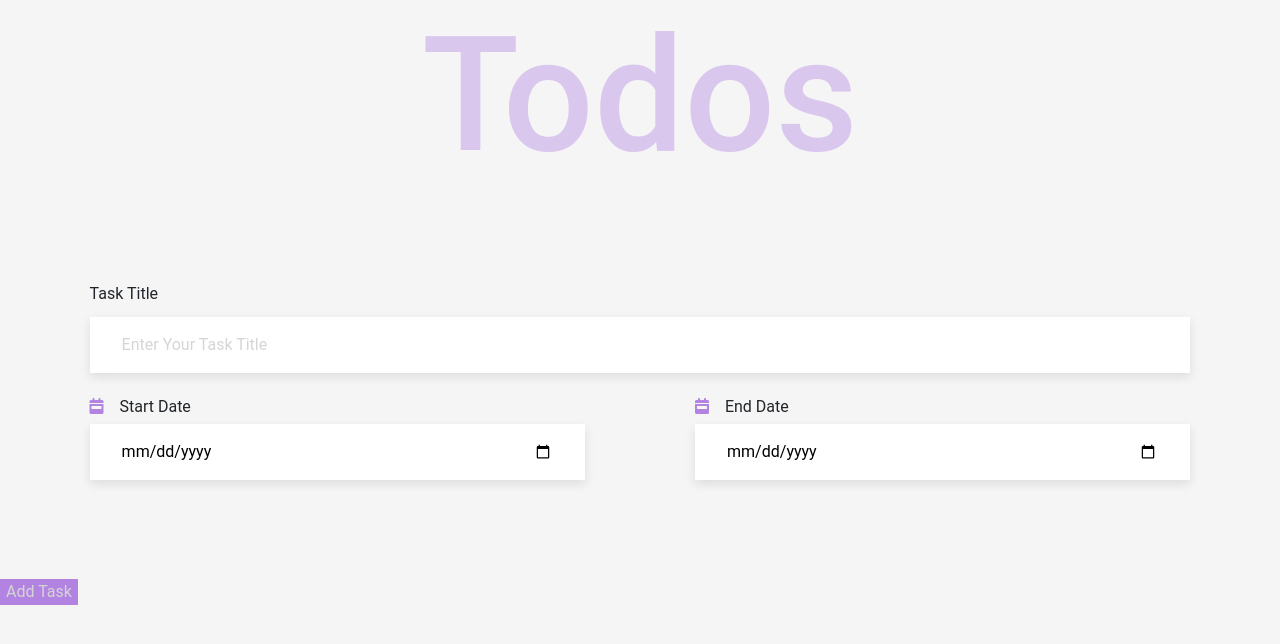
Repository: Surahailat/TypeScript
Page: Mini project 10-3/Project-TS.html
These files come from the project's save history. The page is drawn as it stood at one moment and after a run of saves; the edit follows.
The browser window is 1280 px wide. The pictures show the whole page.

Above is the page before, as saved 2025-03-10 14:04:43.

After the next 3 saves:
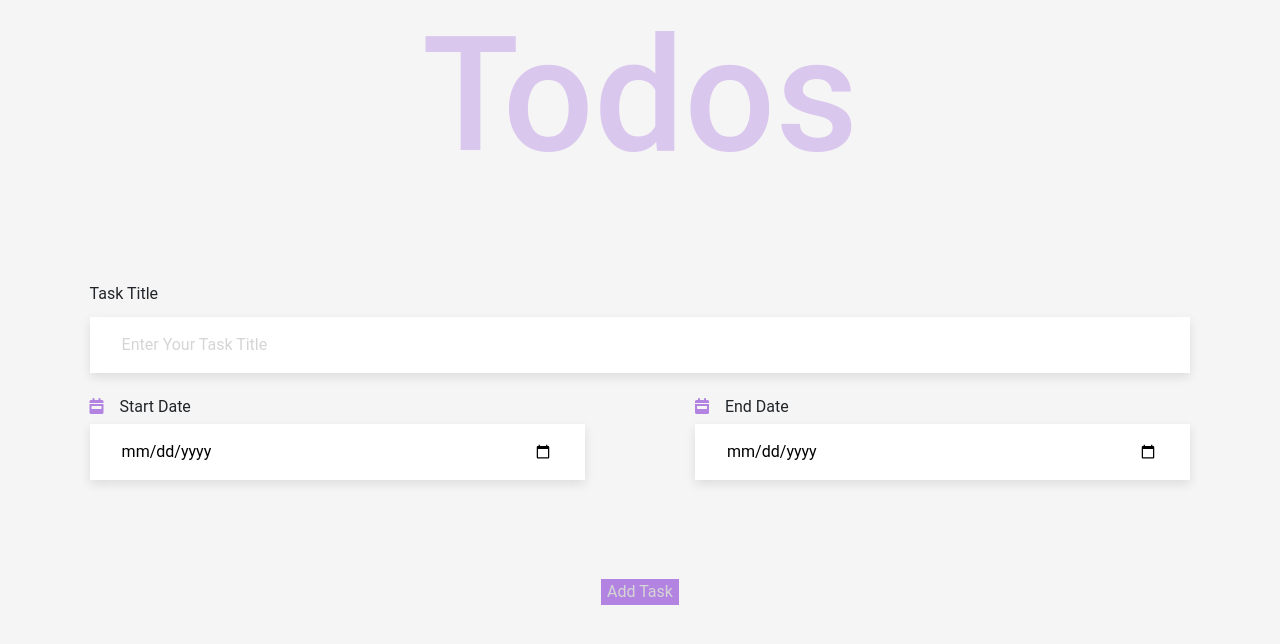
The 3 saves are shown as one change because they came seconds apart.
The last was saved 9 s later.
--- a/Mini project 10-3/Project-TS.html
+++ b/Mini project 10-3/Project-TS.html
@@ -67,8 +67,7 @@
 border: none;
         }
         .butt{
-        justify-content: center;
-
+        text-align: center;
         }
     </style>
 </head>
